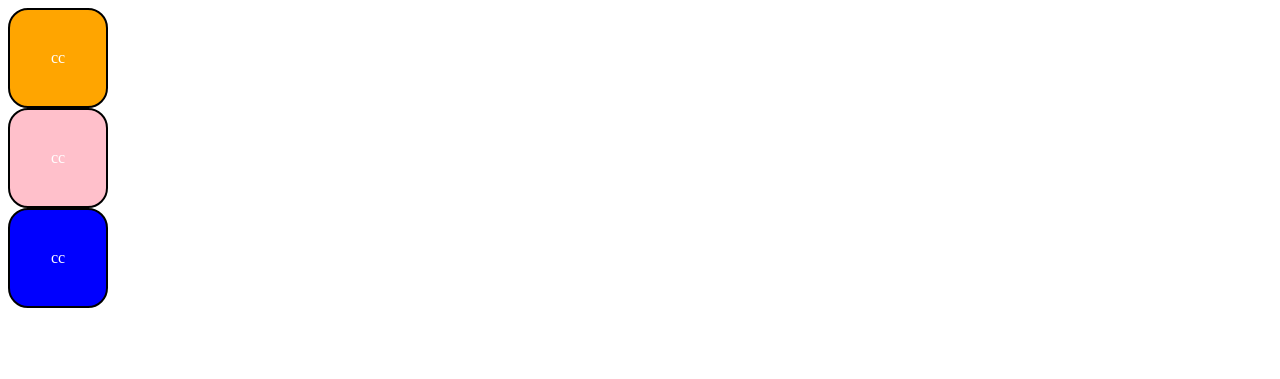
Repository: 16-Doffy/howtouse-htmlcss
Page: box_sizing/index.html
An editor plug-in stored every save of this project. The page is shown before and after the next save, followed by the edit.
The browser window is 1280 px wide. The pictures show the whole page.

Above is the page before, as saved 2024-12-20 19:30:04.

After the next save:
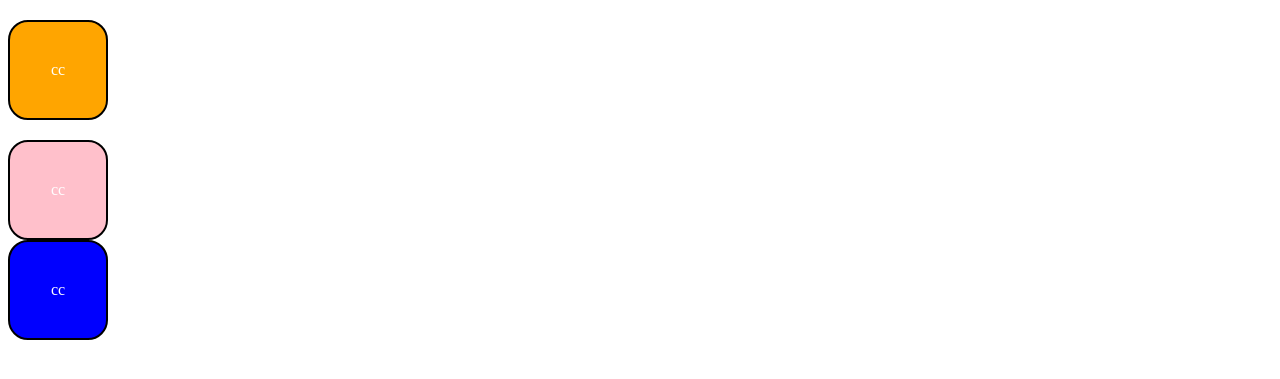
Saved 20 s later.
--- a/box_sizing/styles.css
+++ b/box_sizing/styles.css
@@ -17,7 +17,8 @@
 }
 .boxed:nth-child(1){
     background-color: orange;
-
+    margin-top: 20px;
+    margin-bottom: 20px;
 }
 .boxed:nth-child(2){
     background-color: pink;
